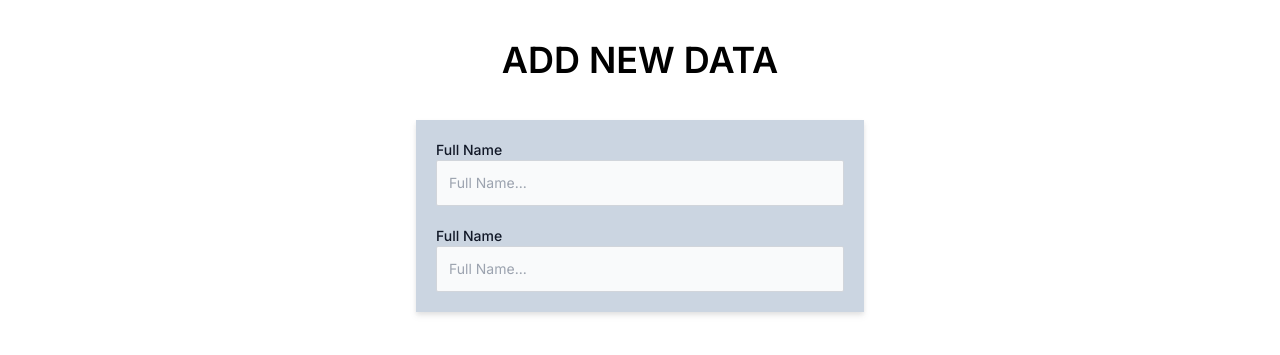
Repository: KilluaProject/crud-nextjs14
Page: /contacts/create
The author's editor kept a copy of each file at every save. The page is drawn from the files as they stood at one save, then again after the next save.
The browser window is 1280 px wide. The pictures show the whole page.
The project was rebuilt for these pictures with package versions that can differ from the ones it lists, and the page was loaded fresh each time. The framework's server and built-in components were replaced by stand-ins that run in the browser. Also part of the build but not shown: next.config.mjs.

Above is the page before, as saved 2024-06-30 14:14:09.

### app/layout.tsx
import type { Metadata } from "next";
import { Inter } from "next/font/google";
import "./globals.css";

const inter = Inter({ subsets: ["latin"] });

export const metadata: Metadata = {
  title: "CRUD Apps",
  description: "Generated by create next app",
};

export default function RootLayout({
  children,
}: Readonly<{
  children: React.ReactNode;
}>) {
  return (
    <html lang="en">
      <body className={inter.className}>{children}</body>
    </html>
  );
}

### app/contacts/create/page.tsx
import CreateForm from '@/components/CreateForm'
import React from 'react'

const CreateContact = () => {
  return (
    <div className='max-w-md m-auto my-10 flex flex-col gap-10 '>
      <h1 className='text-4xl text-center uppercase font-semibold'>
        Add New Data
      </h1>
        <CreateForm/>
    </div>
  )
}

export default CreateContact

### components/CreateForm.tsx
import React from 'react'

const CreateForm = () => {
  return (
    <div className='bg-slate-300 drop-shadow-md p-5'>
      <form className='flex flex-col gap-5' action="">
        <div>
          <label htmlFor="name" className='block text-sm font-medium text-gray-900'>Full Name</label>
          <input type="text" name='name' id='name' placeholder='Full Name...' className='bg-gray-50 border border-gray-300 text-gray-900 text-sm rounded-sm focus:ring-blue-500 focus:border-blue-500 block w-full p-3' />
        </div>

        <div>
          <label htmlFor="name" className='block text-sm font-medium text-gray-900'>Full Name</label>
          <input type="text" name='name' id='name' placeholder='Full Name...' className='bg-gray-50 border border-gray-300 text-gray-900 text-sm rounded-sm focus:ring-blue-500 focus:border-blue-500 block w-full p-3' />
        </div>
      </form>
    </div>
  )
}

export default CreateForm

Loaded but not shown: app/globals.css (common file); tailwind.config.ts (common file)

After the next save:
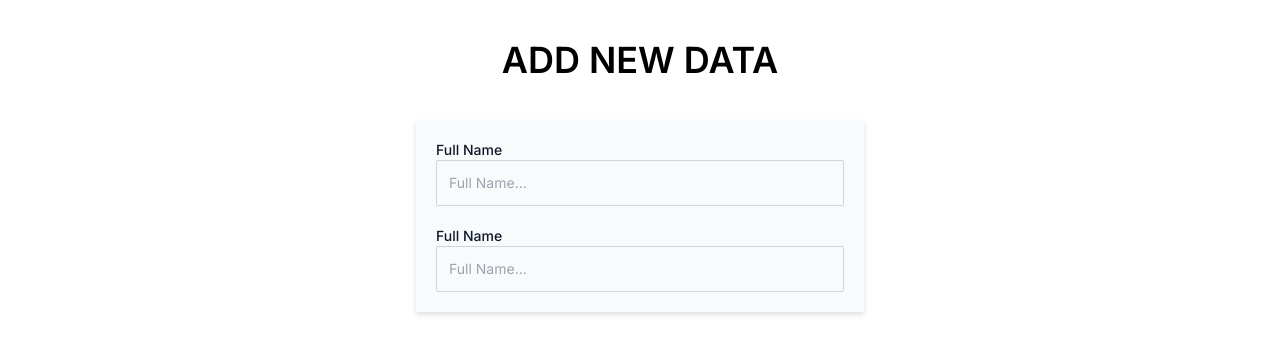
Saved 9 s later.
--- a/components/CreateForm.tsx
+++ b/components/CreateForm.tsx
@@ -2,7 +2,7 @@ import React from 'react'
 
 const CreateForm = () => {
   return (
-    <div className='bg-slate-300 drop-shadow-md p-5'>
+    <div className='bg-slate-50 drop-shadow-md p-5'>
       <form className='flex flex-col gap-5' action="">
         <div>
           <label htmlFor="name" className='block text-sm font-medium text-gray-900'>Full Name</label>
